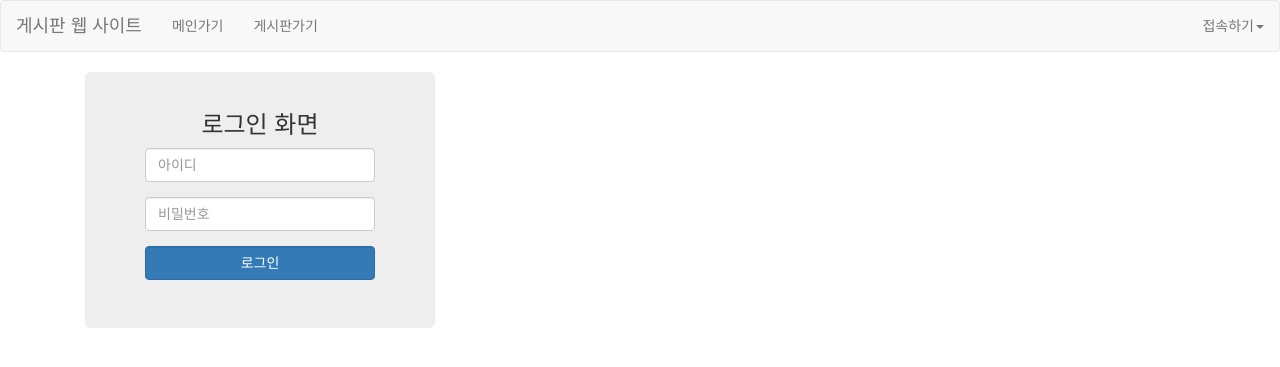
Repository: dbfjd01/save
Page: http://localhost/BBS/main.jsp
An editor plug-in stored every save of this project. The page is shown before and after the next save, followed by the edit.
The browser window is 1280 px wide. The pictures show the whole page.
Some web libraries are served in a nearby version. The page is served by Tomcat 9.

Above is the page before, as saved 2021-07-02 04:05:56.

After the next save:
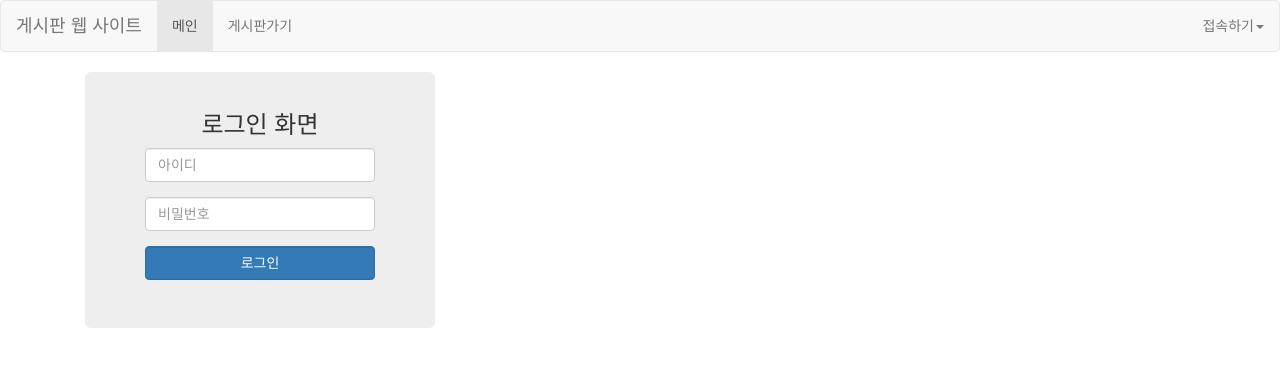
Saved 70 s later.
--- a/Test/BBS/src/main/webapp/main.jsp
+++ b/Test/BBS/src/main/webapp/main.jsp
@@ -32,7 +32,7 @@
 	</div>
 	<div class="collapsed navbar-collapse" id="bs-example-navbar-collapse-1">
 		<ul class="nav navbar-nav">
-			<li><a href="main.jsp">메인가기</a></li>
+			<li class="active"><a href="main.jsp">메인</a></li>
 			<li><a href="bbs.jsp">게시판가기</a></li>
 		</ul>
 		<!-- 드랍다운 메뉴바 -->
